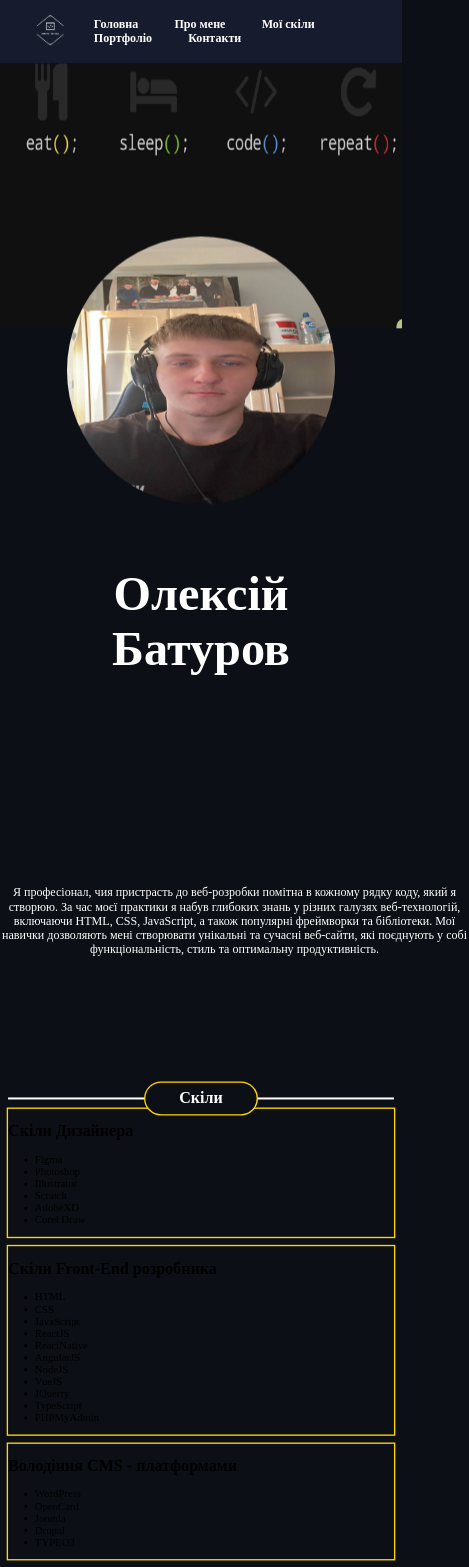
Repository: qtqqrdy13/cv-2
Page: index.html
These files come from the project's save history. The page is drawn as it stood at one moment and after the next save; the edit follows.
The browser window is 600 px wide. The page is 700 px wide, so the pictures cover 700 px, including what lies to the right of the window. The pictures show the whole page, at 67% of full size.

Above is the page before, as saved 2023-10-04 21:43:37.

After the next save:
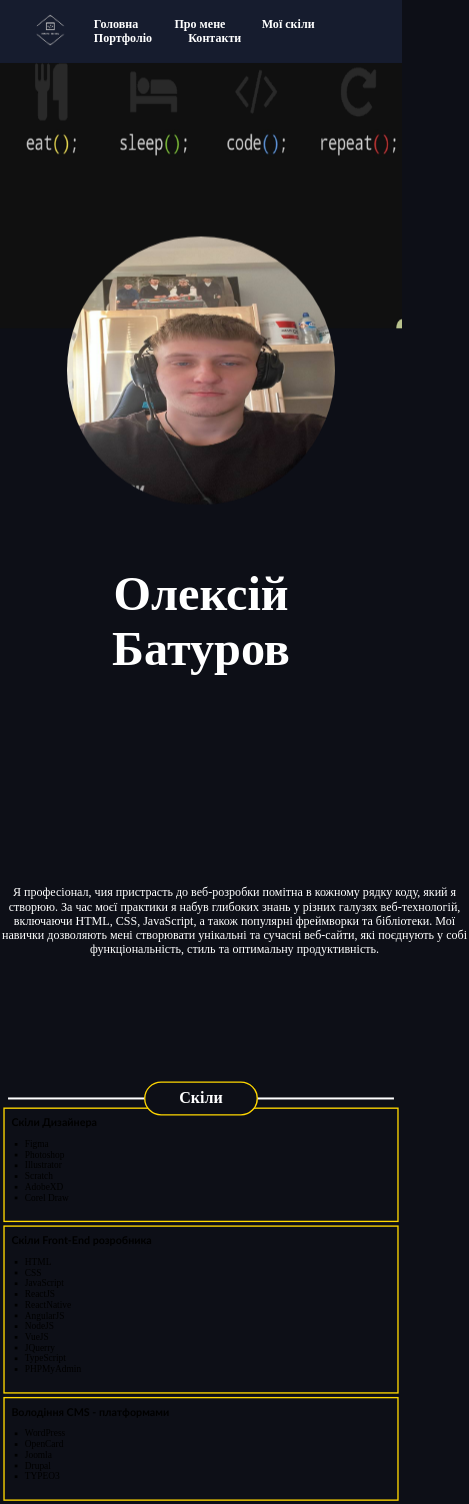
Saved 7 min 54 s later.
--- a/main.css
+++ b/main.css
@@ -222,5 +222,50 @@ nav a:hover {
 .block{
     border:2px solid gold;
     margin:10px;
-
-}
+    padding:20px;
+    animation: fade-in  1s ease-in-out;
+}
+.block h2{
+    font-size: 20px;
+    font-family:'Trebuchet MS', 'Lucida Sans Unicode', 'Lucida Grande', 'Lucida Sans', Arial, sans-serif;
+    margin:0;
+}
+.content ul{
+    list-style-type: square;
+    padding-left:20px;
+}
+.content li{
+    font-size:18px;
+}
+@keyframes fade-in {
+0%{
+    opacity: 0;
+}
+100%{
+    opacity: 1;
+}
+}
+@media screen and (max-width:1024px){
+    .block{
+        padding: 10px;
+    }
+    .block h2{
+        font-size:18px;
+    }
+    .content li{
+        font-size: 16px;
+    }
+}
+@media screen and (max-width:750px){
+    .block{
+        padding:10px;
+        margin:5px;
+    }
+    .block h2{
+        font-size:16px;
+    }
+    .content li{
+        font-size: 14px;
+    }
+
+}
